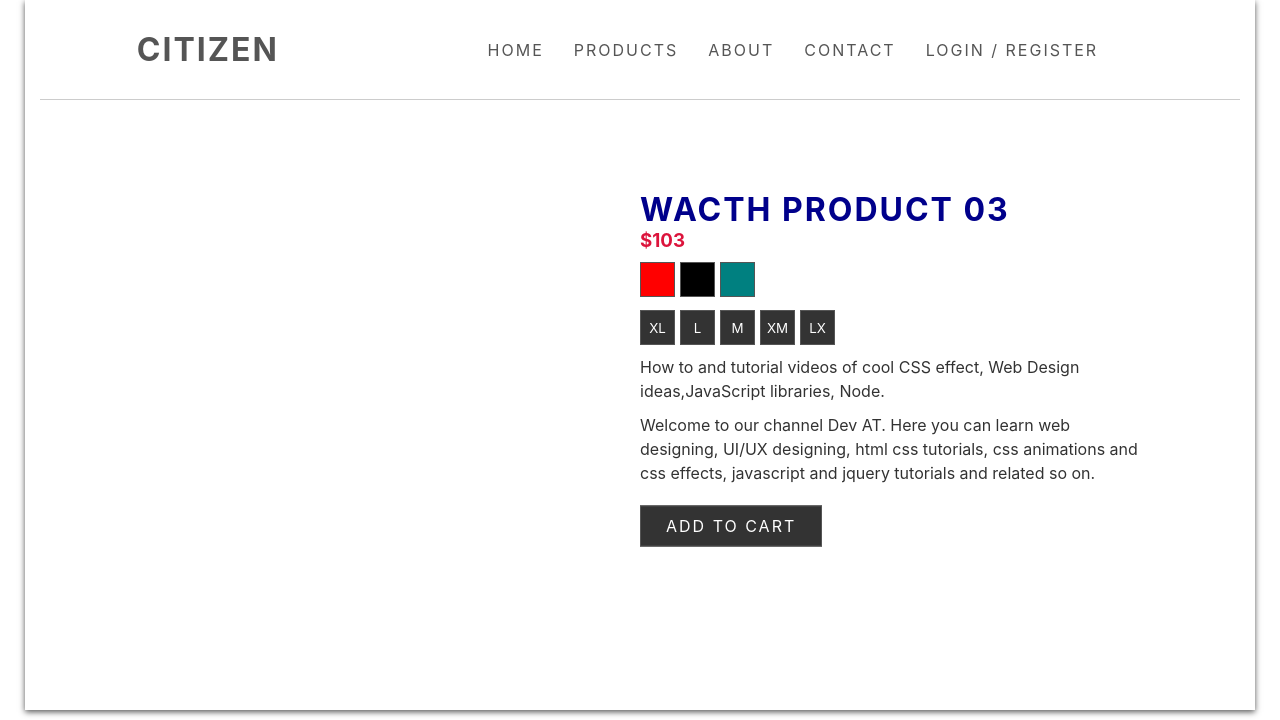
Repository: kiienle/shopping-cart
Page: /products/3
An editor plug-in stored every save of this project. The page is shown before and after the next save, followed by the edit.
The browser window is 1280 px wide. The pictures show the whole page.
Pictures or frames that could not be fetched are drawn as grey boxes. The project was rebuilt for these pictures with package versions that can differ from the ones it lists, and the page was loaded fresh each time. Also part of the build but not shown: src/components/Products.js, src/App.css.

Above is the page before, as saved 2021-12-17 19:39:07.

After the next save:
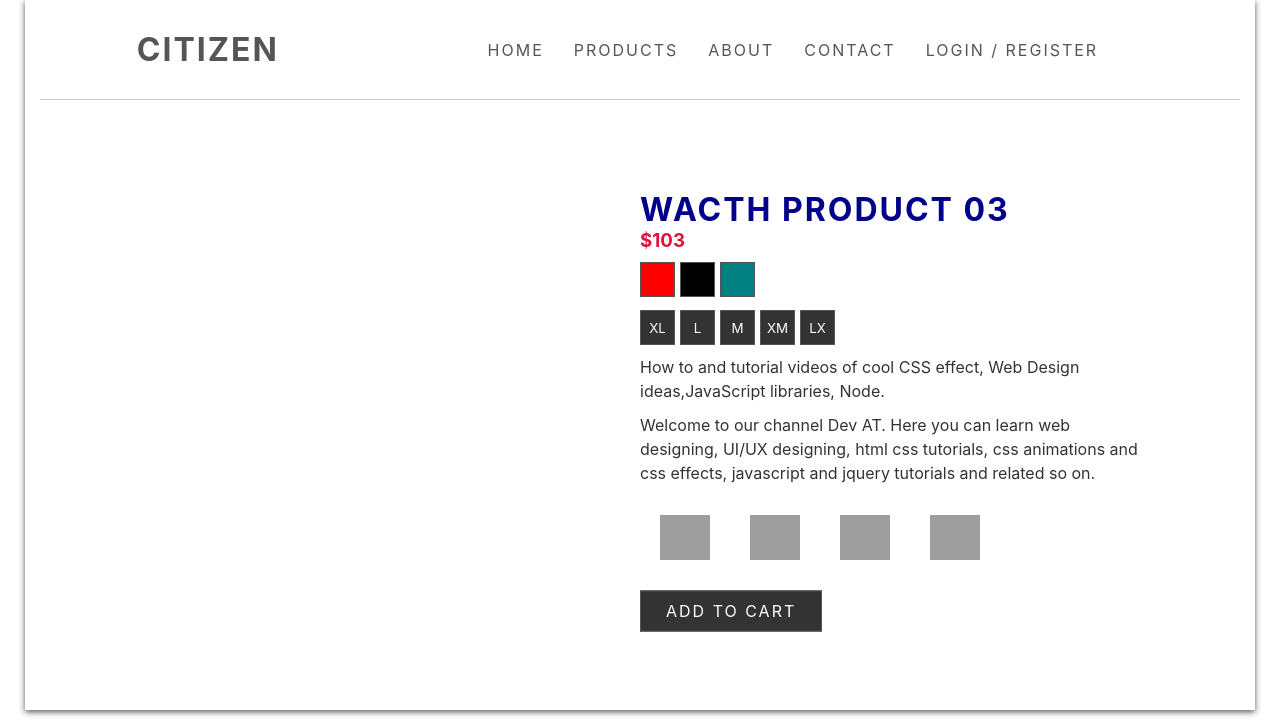
Saved 5 s later.
--- a/src/components/Details.js
+++ b/src/components/Details.js
@@ -40,10 +40,10 @@ export default function Details() {
                         <Sizes sizes={product.sizes} />
                         <p>{product.description}</p>
                         <p>{product.content}</p>
-                        {/* <DetailsThumb
+                        <DetailsThumb
                             images={product.images}
                             setIndex={setIndex}
-                        /> */}
+                        />
                         <Link to="/cart" className="cart"
                             // onClick={() => addCart(product._id)}
                         >
